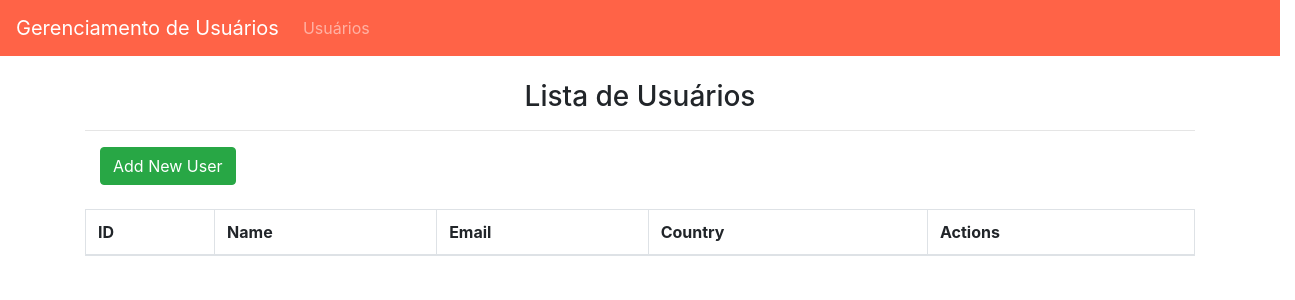
Repository: diegosena7/EstudosJSP
Page: http://localhost/CRUD/
These files come from the project's save history. The page is drawn as it stood at one moment and after the next save; the edit follows.
The browser window is 1280 px wide. The page is 1295 px wide, so the pictures cover 1295 px, including what lies to the right of the window. The pictures show the whole page.
The page is served by Tomcat 9. Queries for data that is not in the repository find no rows.

Above is the page before, as saved 2021-07-04 17:22:45.

After the next save:
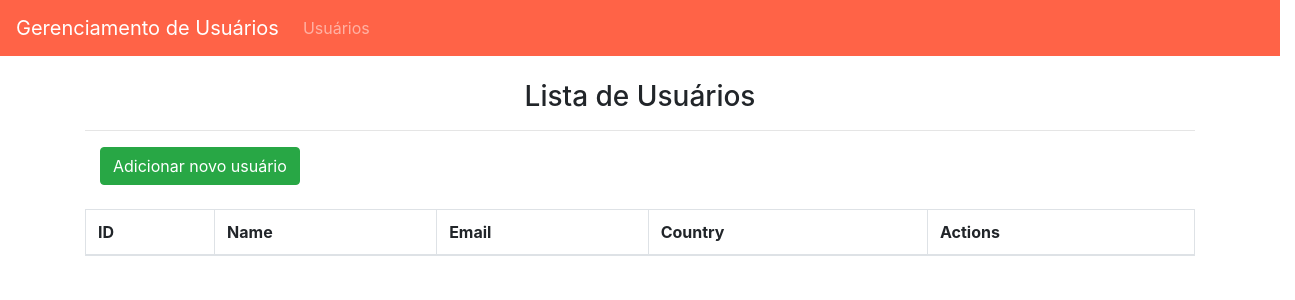
Saved 13 s later.
--- a/CRUD/WebContent/user-list.jsp
+++ b/CRUD/WebContent/user-list.jsp
@@ -34,8 +34,7 @@
 			<hr>
 			<div class="container text-left">
 
-				<a href="<%=request.getContextPath()%>/new" class="btn btn-success">Add
-					New User</a>
+				<a href="<%=request.getContextPath()%>/new" class="btn btn-success">Adicionar novo usuário</a>
 			</div>
 			<br>
 			<table class="table table-bordered">
